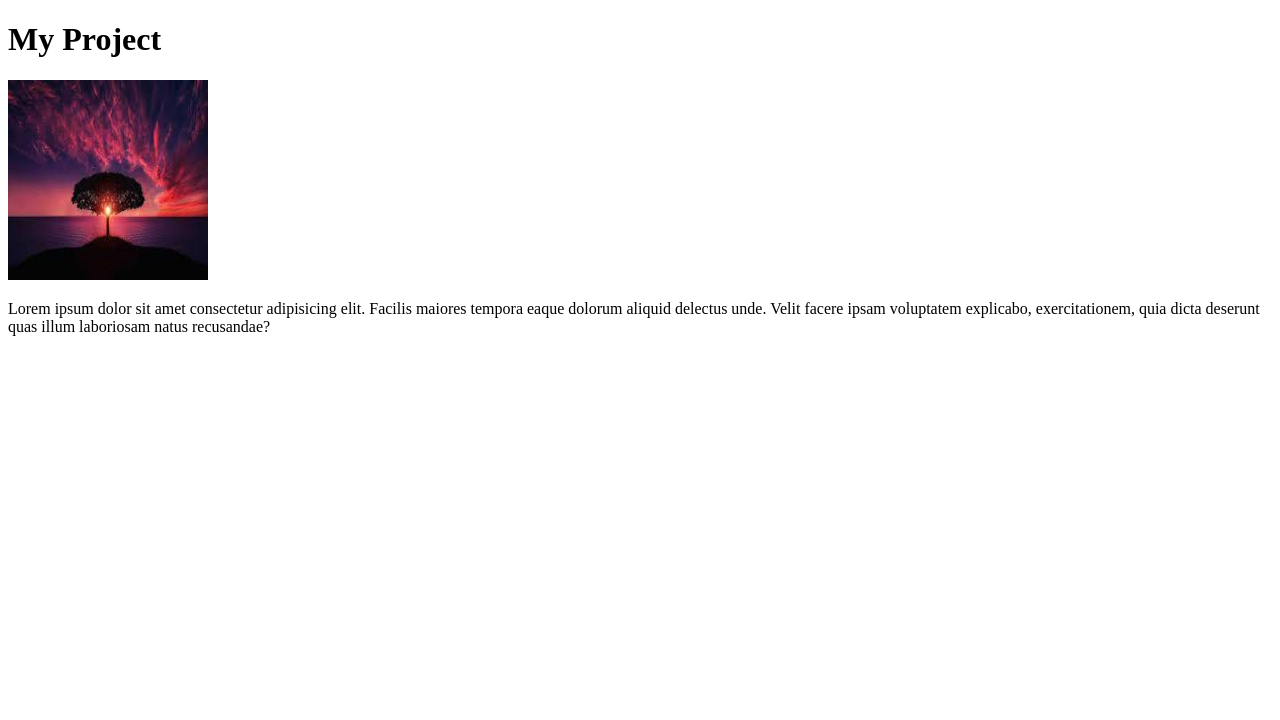
Repository: harshitanthal1/assignments_avisoft
Page: avisoft/day_2/index.html
An editor plug-in stored every save of this project. The page is shown before and after the next save, followed by the edit.
The browser window is 1280 px wide. The pictures show the whole page.

Above is the page before, as saved 2024-02-01 11:52:20.

After the next save:
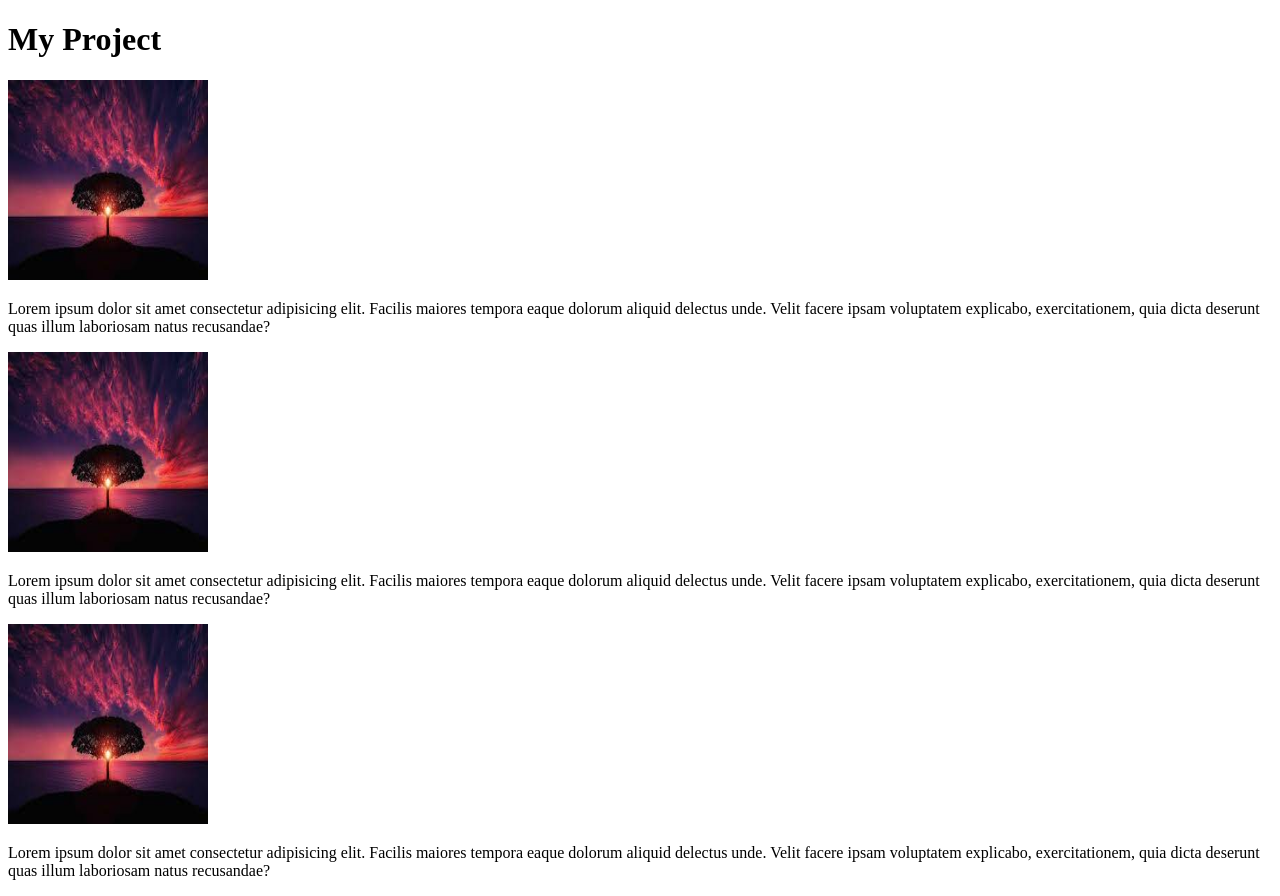
Saved 11 min 31 s later.
--- a/avisoft/day_2/index.html
+++ b/avisoft/day_2/index.html
@@ -6,14 +6,27 @@
     <title>My Project</title>
 </head>
 <body>
-    <div>
+    <div id="main-header">
         <h1>My Project</h1>
     </div>
+    <div id="main-section">
+        <img src="images/ist_image.jpg" alt="Ist image" height="200px" width="200px" />
+        <p>
+            Lorem ipsum dolor sit amet consectetur adipisicing elit. Facilis maiores tempora eaque dolorum aliquid delectus unde. Velit facere ipsam voluptatem explicabo, exercitationem, quia dicta deserunt quas illum laboriosam natus recusandae?
+        </p>
+    </div>
+    <div class="child-card">
+        <img src="images/ist_image.jpg" alt="Ist image" height="200px" width="200px" />
+        <p>
+            Lorem ipsum dolor sit amet consectetur adipisicing elit. Facilis maiores tempora eaque dolorum aliquid delectus unde. Velit facere ipsam voluptatem explicabo, exercitationem, quia dicta deserunt quas illum laboriosam natus recusandae?
+        </p>
+    </div class=child-card>
     <div>
         <img src="images/ist_image.jpg" alt="Ist image" height="200px" width="200px" />
         <p>
             Lorem ipsum dolor sit amet consectetur adipisicing elit. Facilis maiores tempora eaque dolorum aliquid delectus unde. Velit facere ipsam voluptatem explicabo, exercitationem, quia dicta deserunt quas illum laboriosam natus recusandae?
         </p>
     </div>
+
 </body>
 </html>
